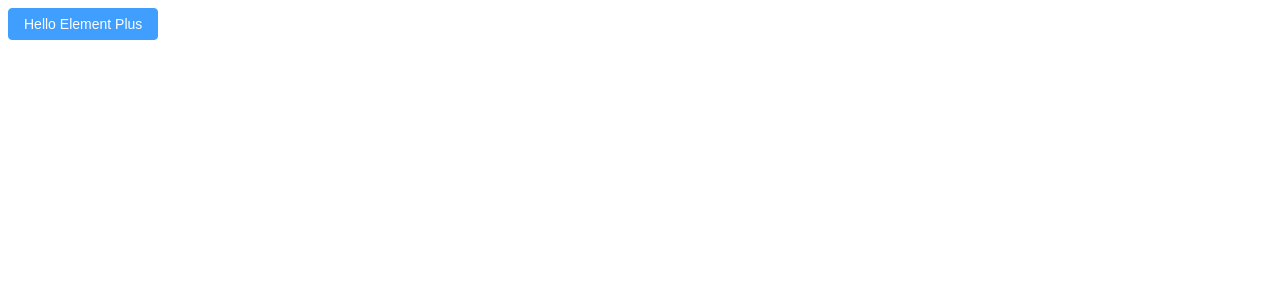
Repository: pramod1302/myresume
Page: /
The author's editor kept a copy of each file at every save. The page is drawn from the files as they stood at one save, then again after the next save.
The browser window is 1280 px wide. The pictures show the whole page.
The project was rebuilt for these pictures with package versions that can differ from the ones it lists, and the page was loaded fresh each time. Also part of the build but not shown: vue.config.js.

Above is the page before, as saved 2026-02-20 11:15:10.

After the next save:
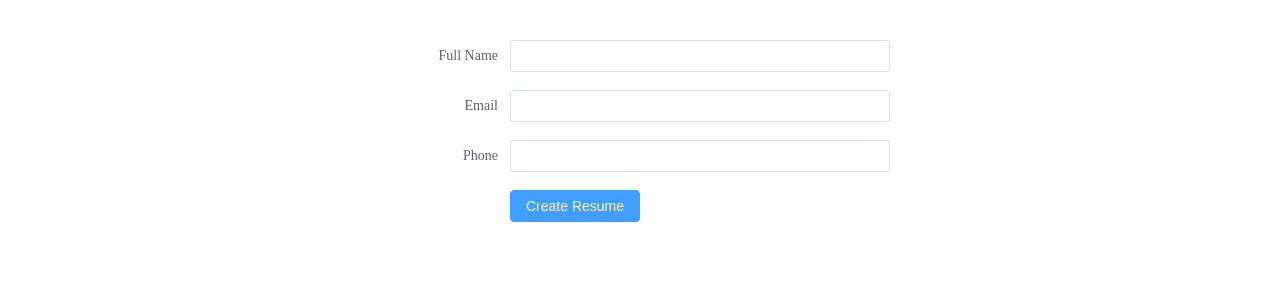
Saved 47 s later.
--- a/src/App.vue
+++ b/src/App.vue
@@ -1,11 +1,38 @@
 <template>
-  <div id="app">
-    <el-button type="primary">Hello Element Plus</el-button>
+  <div id="app" style="max-width: 500px; margin: 40px auto;">
+    <el-form :model="form" label-width="120px">
+      <el-form-item label="Full Name">
+        <el-input v-model="form.name"></el-input>
+      </el-form-item>
+      <el-form-item label="Email">
+        <el-input v-model="form.email"></el-input>
+      </el-form-item>
+      <el-form-item label="Phone">
+        <el-input v-model="form.phone"></el-input>
+      </el-form-item>
+      <el-form-item>
+        <el-button type="primary" @click="submitForm">Create Resume</el-button>
+      </el-form-item>
+    </el-form>
   </div>
 </template>
 
 <script>
 export default {
-  name: 'App'
+  name: 'App',
+  data() {
+    return {
+      form: {
+        name: '',
+        email: '',
+        phone: ''
+      }
+    }
+  },
+  methods: {
+    submitForm() {
+      this.$message.success('Resume created! (This is a placeholder)');
+    }
+  }
 }
 </script>
